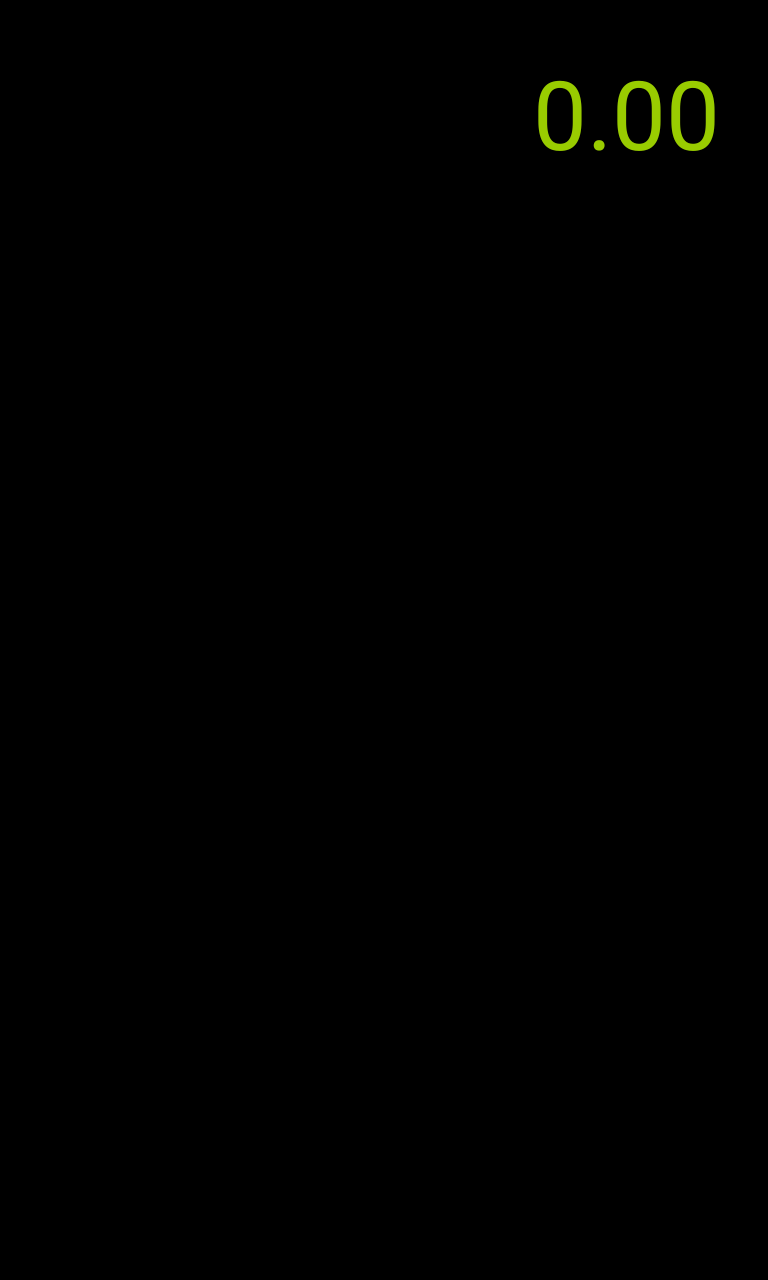
Repository: sannsann/CashRegister
Layout: CashRegister/res/layout/fragment_keypad.xml
The author's editor kept a copy of each file at every save. The layout is drawn from the files as they stood at one save, then again after the next save.
It is drawn on a 768 x 1280 px phone screen (xhdpi) without system bars, with theme CustomActionBarTheme; the app's code is not run. The app's manifest (not shown) leaves right-to-left support off. So textAlignment, textDirection and layoutDirection are ignored, and left and right values win over start and end ones.

Above is the layout before, as saved 2014-11-05 05:41:32.

After the next save:
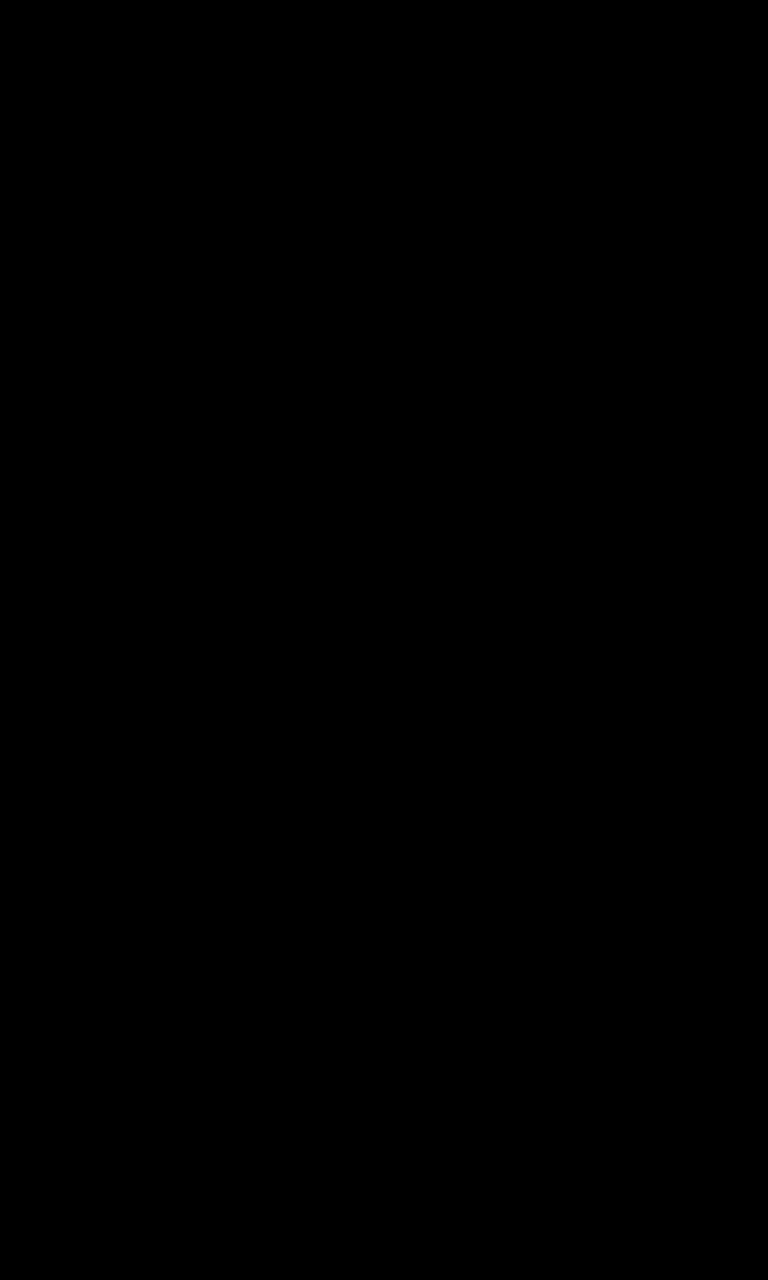
Saved 55 s later.
--- a/CashRegister/res/layout/fragment_keypad.xml
+++ b/CashRegister/res/layout/fragment_keypad.xml
@@ -16,7 +16,6 @@
         android:background="@android:color/black"
         android:padding="24dp"
         android:gravity="right"
-        android:text="0.00"
         android:textAlignment="viewEnd"
         android:textColor="@android:color/holo_green_light"
         android:textDirection="rtl"

After the 4 saves that followed:
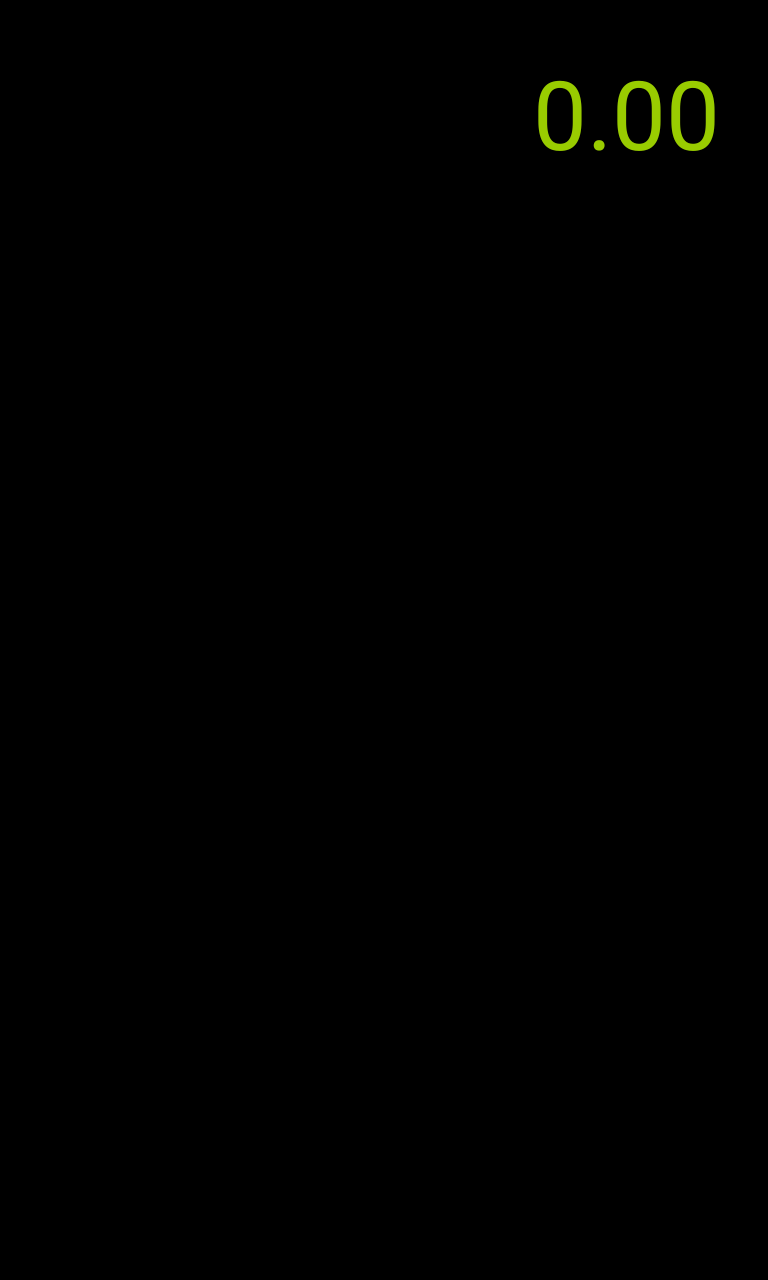
The 4 saves are shown as one change because 3 left the picture as it was.
The last was saved 3 min 10 s later.
--- a/CashRegister/res/layout/fragment_keypad.xml
+++ b/CashRegister/res/layout/fragment_keypad.xml
@@ -16,6 +16,7 @@
         android:background="@android:color/black"
         android:padding="24dp"
         android:gravity="right"
+        android:text="0.00"
         android:textAlignment="viewEnd"
         android:textColor="@android:color/holo_green_light"
         android:textDirection="rtl"
